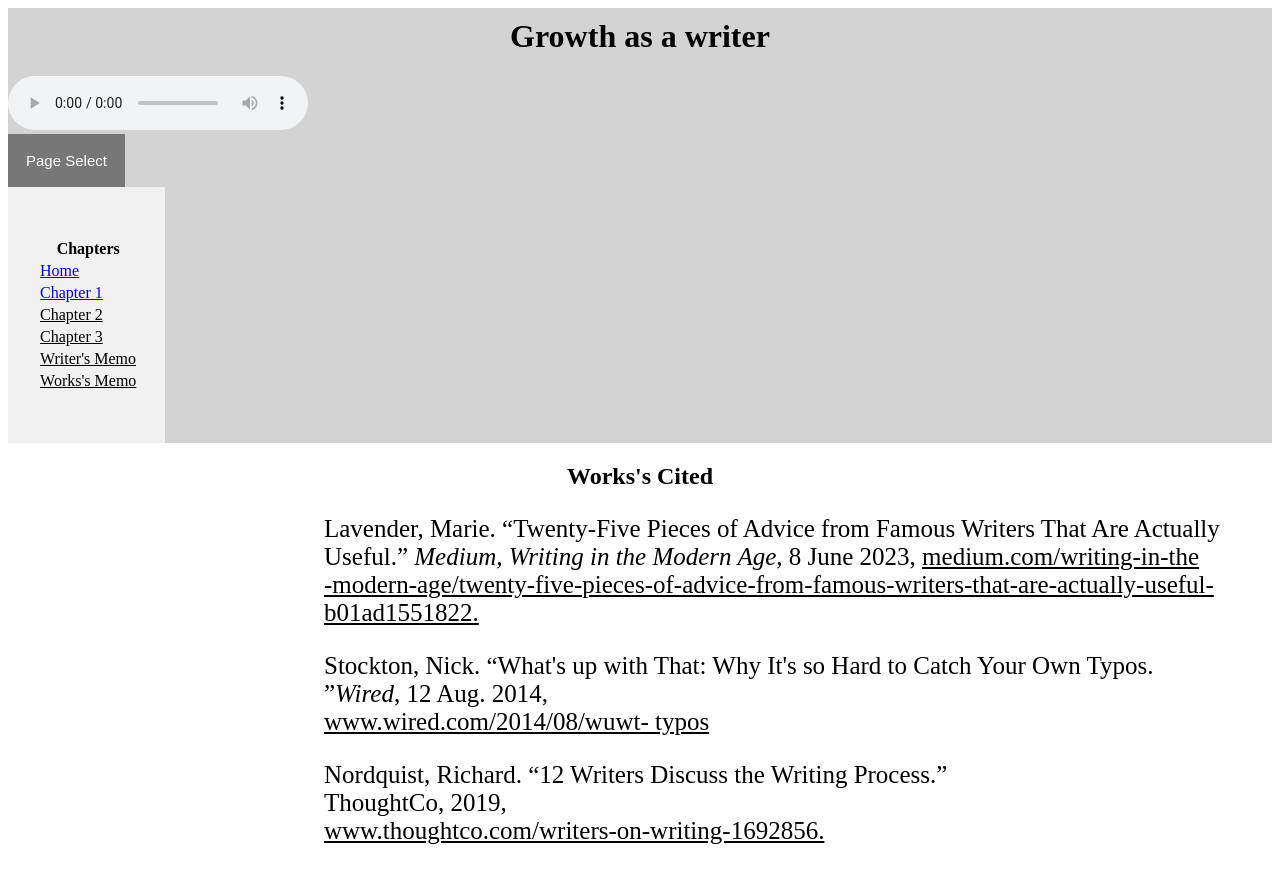
Repository: jpaisiem/WP-4
Page: WorksCited.html
An editor plug-in stored every save of this project. The page is shown before and after the next save, followed by the edit.
The browser window is 1280 px wide. The pictures show the whole page.

Above is the page before, as saved 2025-05-01 12:20:36.
Console error: TypeError: Cannot read properties of undefined (reading 'toggle')

After the next save:
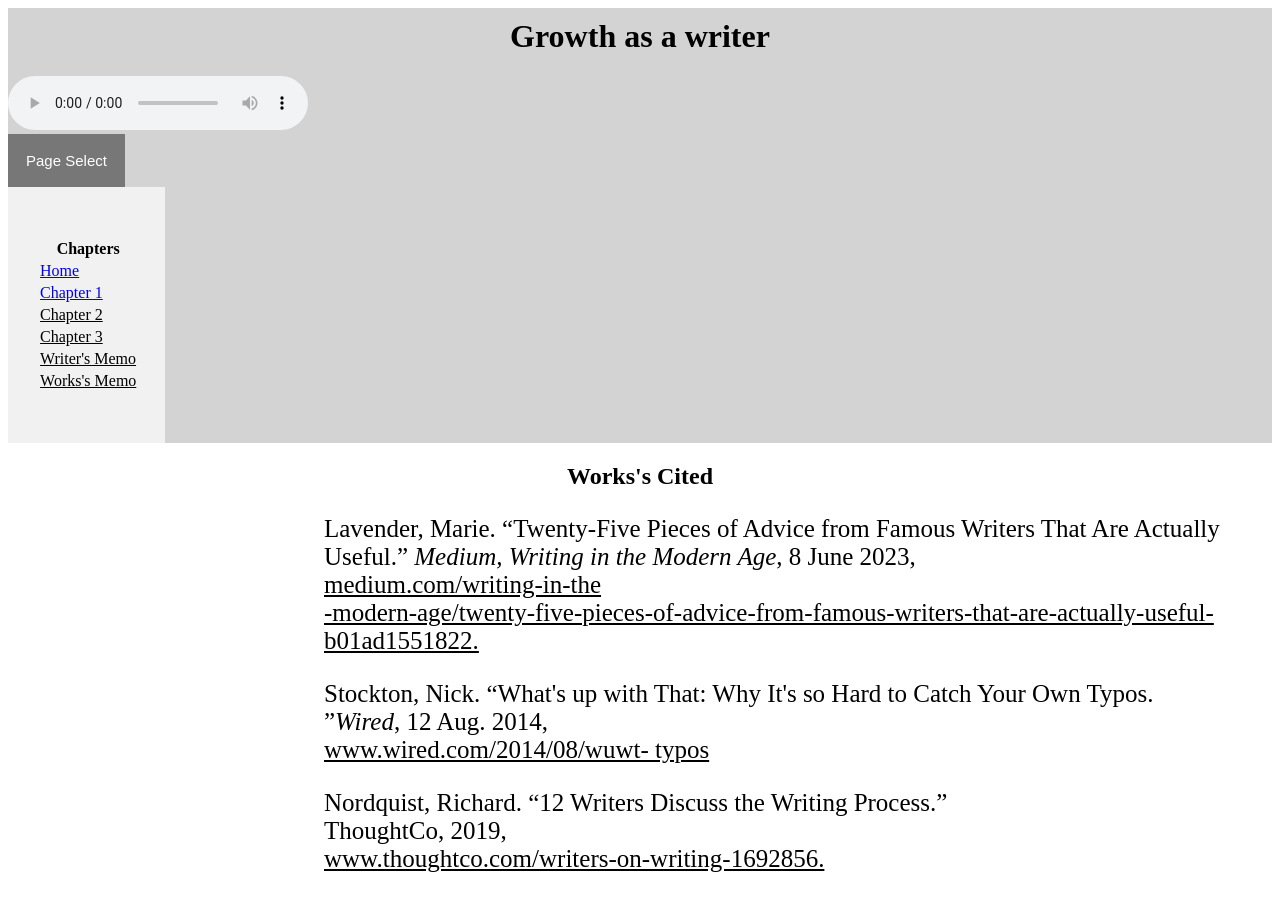
Saved 13 s later.
--- a/WorksCited.html
+++ b/WorksCited.html
@@ -84,7 +84,7 @@ li
      <h2 style="text-align: center;">Works&apos;s Cited</h2>
      <p>
     Lavender, Marie. <q>Twenty-Five Pieces of Advice from Famous Writers That Are Actually <br>
-    Useful.</q> <i>Medium, Writing in the Modern Age</i>, 8 June 2023, <u>medium.com/writing-in-the<br>
+    Useful.</q> <i>Medium, Writing in the Modern Age</i>, 8 June 2023,<br> <u>medium.com/writing-in-the<br>
     -modern-age/twenty-five-pieces-of-advice-from-famous-writers-that-are-actually-useful-<br>
     b01ad1551822.</u><br>
 </p>
